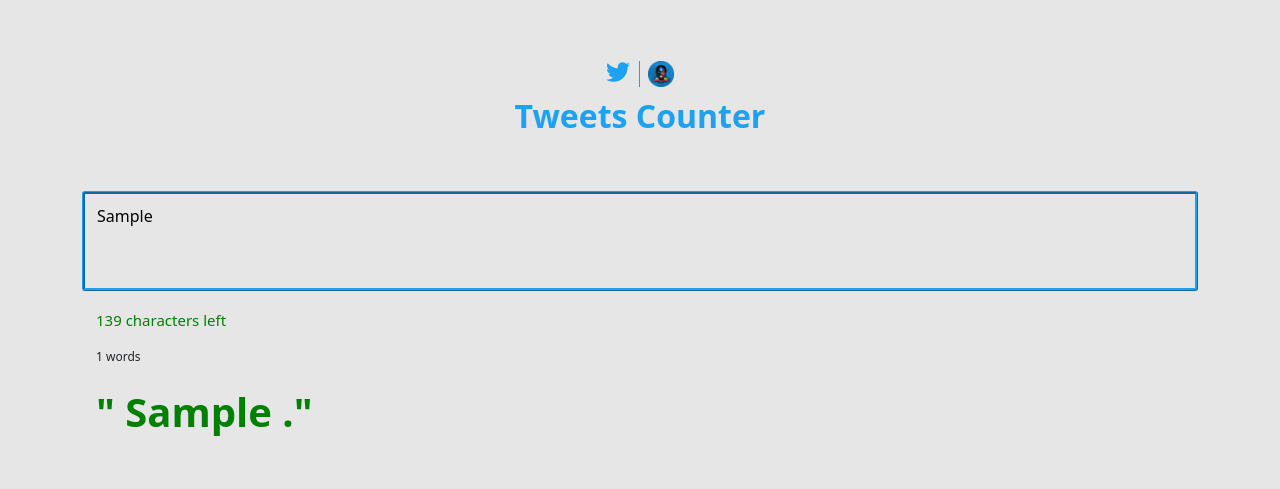
Repository: magmukendi/Tweets-Count
Page: index.html
The author's editor kept a copy of each file at every save. The page is drawn from the files as they stood at one save, then again after the next save.
The browser window is 1280 px wide. The pictures show the whole page.
Empty fields were first filled with sample values (such as "Sample", 5 or name@example.com).
After loading, the first visible `#tt` was changed once.
Some web libraries are served in a nearby version.

Above is the page before, as saved 2022-06-11 17:10:29.

After the next save:
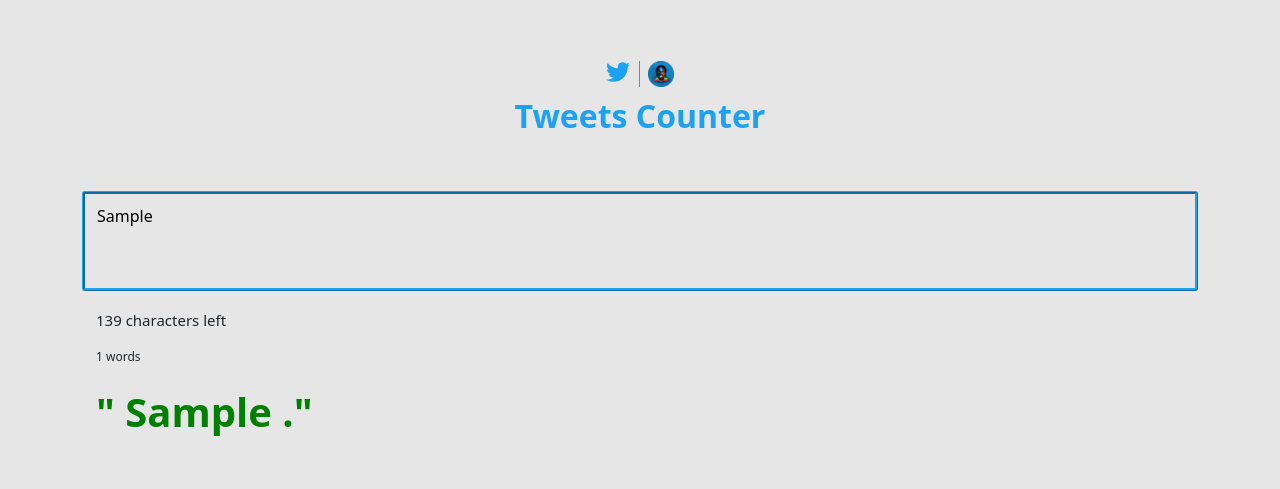
Console error: TypeError: Cannot read properties of undefined (reading 'style')
Saved 28 s later.
--- a/app.js
+++ b/app.js
@@ -40,6 +40,7 @@
         if(s.match(char).length <=145/2){
 
                 p.style.color ='green'
+                p.style.
                 number.style.color = 'green'
         }
         else if(s.match(char).length >=145/2 && s.match(char).length <135){

After the 4 saves that followed:
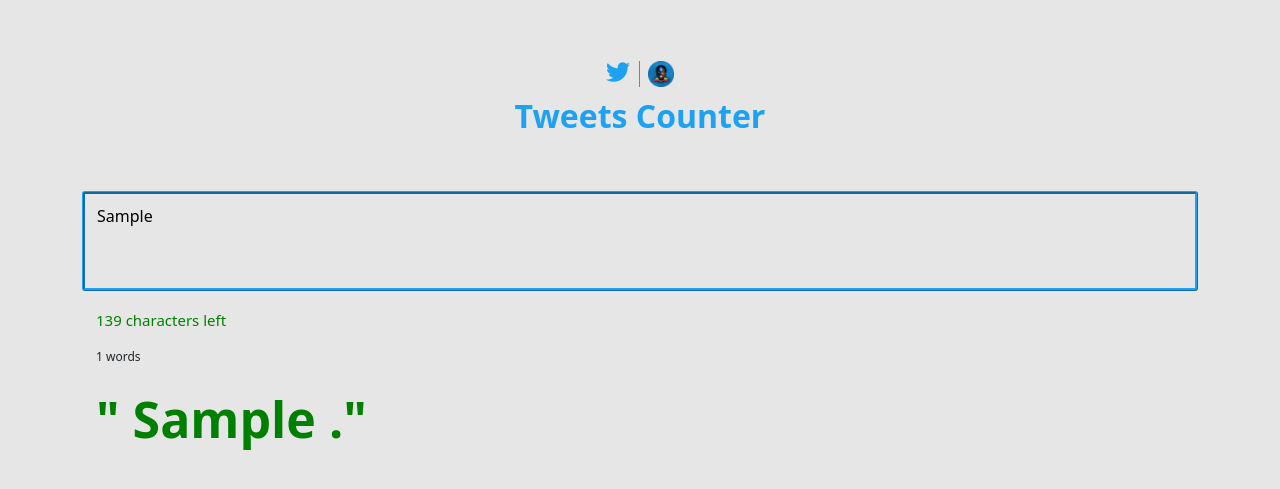
The error is gone.
The 4 saves are shown as one change because they came seconds apart.
The last was saved 12 s later.
--- a/app.js
+++ b/app.js
@@ -40,7 +40,7 @@
         if(s.match(char).length <=145/2){
 
                 p.style.color ='green'
-                p.style.
+                p.style.fontSize = '50px'
                 number.style.color = 'green'
         }
         else if(s.match(char).length >=145/2 && s.match(char).length <135){
